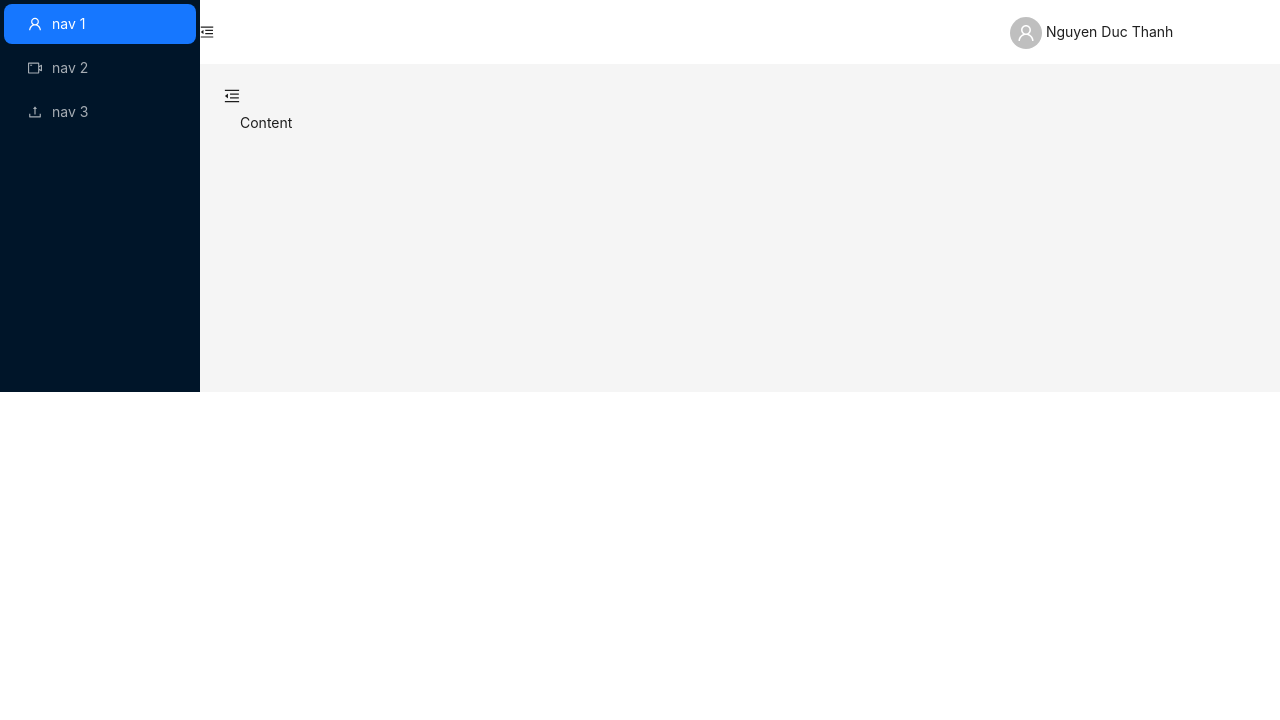
Repository: Ducbii4202/Inter-Management
Page: / (app in managament-system/)
An editor plug-in stored every save of this project. The page is shown before and after the next save, followed by the edit.
The browser window is 1280 px wide. The pictures show the whole page.
The project was rebuilt for these pictures with package versions that can differ from the ones it lists, and the page was loaded fresh each time. Also part of the build but not shown: managament-system/vite.config.js.

Above is the page before, as saved 2023-12-26 01:26:17.

After the next save:
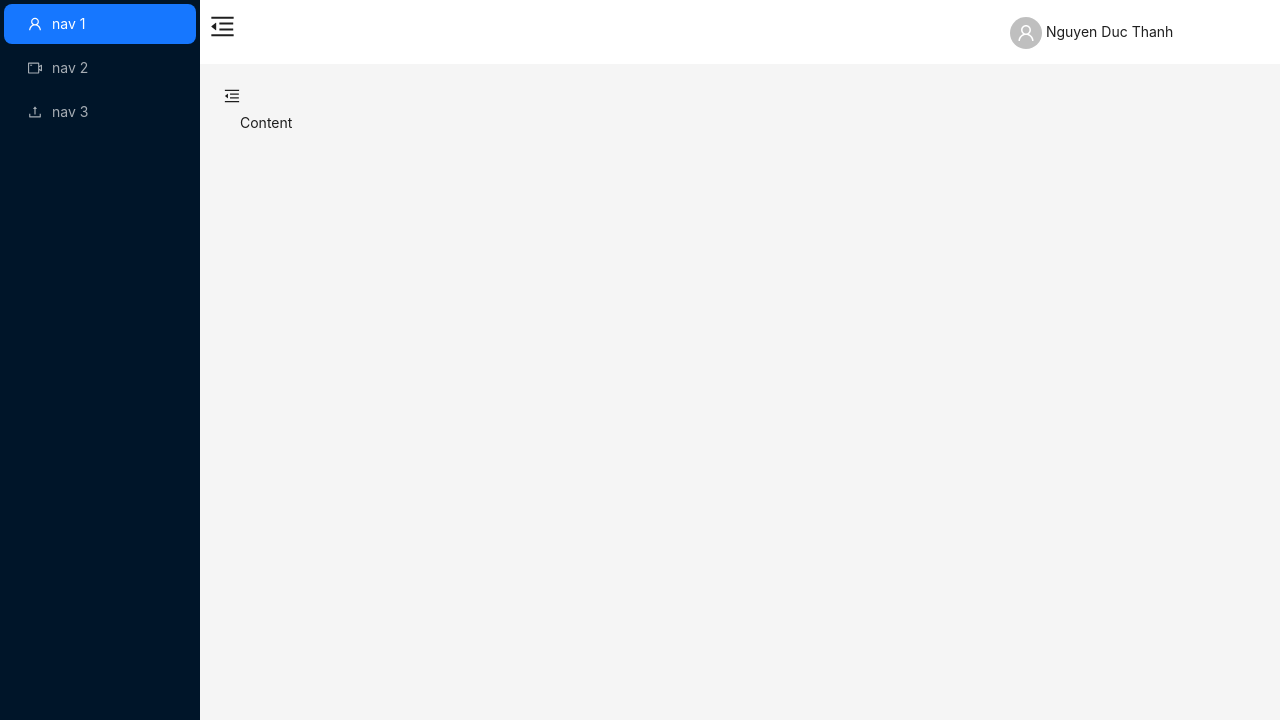
Saved 6 min 16 s later.
--- a/managament-system/src/component/DashboardPage.css
+++ b/managament-system/src/component/DashboardPage.css
@@ -2,3 +2,11 @@
   background-color: #fff !important;
   padding: 0;
 }
+.ant-layout {
+  min-height: 100vh;
+}
+.ant-layout-header span.trigger svg {
+  width: 25px !important;
+  height: 25px !important;
+  margin: 10px !important;
+}
